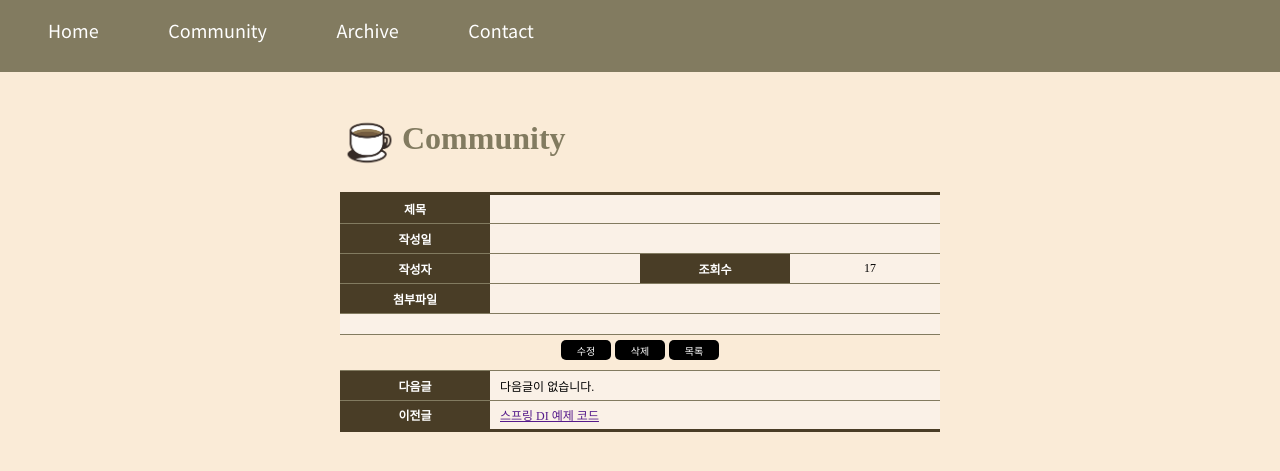
Repository: lym3074/Yongmin-s-Community
Page: http://localhost/YM_Community/WEB-INF/views/board/detail.jsp
An editor plug-in stored every save of this project. The page is shown before and after the next save, followed by the edit.
The browser window is 1280 px wide. The pictures show the whole page.
The page is served by Tomcat 9. Nobody is signed in. Other server files are loaded and not shown. The template is opened directly, without the code that normally fills it, so the values that code supplies are empty.

Above is the page before, as saved 2021-01-04 02:32:28.

### YM_Community/src/main/webapp/WEB-INF/views/board/detail.jsp
<%@ page language="java" contentType="text/html; charset=UTF-8"
    pageEncoding="UTF-8"%>
<%@ taglib prefix="c" uri="http://java.sun.com/jsp/jstl/core" %>
<%@ taglib prefix="fmt" uri="http://java.sun.com/jsp/jstl/fmt" %>
<!DOCTYPE html>
<html>
    <head>
        <meta charset="UTF-8">
    <title>Hello YongminLand</title>
    <link rel="stylesheet" href="/resources/css/detail.css">
    <script src="https://code.jquery.com/jquery-3.5.1.min.js"></script>
    </head>

	<script>
    		$(document).ready(function(){
				var formObj = $("form[role='form']"); // 같은 폼의 메소드가 여러 개일 때 지정

				$("#btn-list").on("click",function() {
					location.href = "/board/list?page=${Scriteria.page}"
									+ "&perPageNum=${Scriteria.perPageNum}"
									+ "&searchType=${Scriteria.searchType}&keyword=${Scriteria.keyword}";
				})

				$("#btn-update").on("click",function() {
					formObj.attr("action", "/board/update");
					formObj.attr("method","get");
					formObj.submit();
				})

				$("#btn-delete").on("click", function() {
					if(confirm("삭제하시겠습니까?")) {
						formObj.attr("action", "/board/delete");
						formObj.attr("method","post");
						formObj.submit();
						}
				})

				$("#btn-mypage").on("click",function() {
					location.href="/member/myPage";
				})

				$("#btn-out").on("click",function() {
					if(confirm("로그아웃하시겠습니까?")) {
						location.href="/member/logout";
						}
					})
    		})
	</script>

    <body>
        <header id="header">
            <nav class="gnb-menu">
                <a href="/member/home">Home</a>
                <a href="list">Community</a>
                <a href="">Archive</a>
                <a href="">Contact</a>
            </nav>
            <c:if test="${member!=null}">
		        <div class="right-side">
		        	<label>${member.userName}님 환영합니다!</label>
		            <button id="btn-mypage" type="button">My Page</button>
		            <button id="btn-out" type="button">LogOut</button>
		        </div>
	        </c:if>
        </header>

        <main>
            <div class="list-title">
                <img src="/resources/images/coffee.png">
                <h1>Community</h1>
            </div>
            <div class="detail-table">
            	<form role="form" method="post">
	            	<input type="hidden" id="bno" name="bno" value="${read.bno}">
	                <input type="hidden" id="page" name="page" value="${Scriteria.page}">
	                <input type="hidden" id="perPageNum" name="perPageNum" value="${Scriteria.perPageNum}">
	                <input type="hidden" id="searchType" name="searchType" value="${Scriteria.searchType}">
	                <input type="hidden" id="keyword" name="keyword" value="${Scriteria.keyword}">
	            </form>
	                <table class="table">
	                    <tbody>
	                        <tr>
	                            <th>제목</th>
	                            <td class="text-align-left text-indent text-strong text-orange" colspan="3"><c:out value="${read.title}"/></td>
	                        </tr>
	                        <tr>
	                            <th>작성일</th>
	                            <td class="text-align-left text-indent" colspan="3"><fmt:formatDate value="${read.regdate}" pattern="yyyy-MM-dd HH:mm:ss" /></td>
	                        </tr>
	                        <tr>
	                            <th>작성자</th>
	                            <td class="align-center"><c:out value="${read.writer}"/></td>
	                            <th>조회수</th>
	                            <td class="align-center">17</td>
	                        </tr>
	                        <tr>
	                            <th>첨부파일</th>
	                            <td colspan="3" class="align-center"></td>
	                        </tr>
	                        <tr class="content">
	                            <td colspan="4"><c:out value="${read.content}" /></td>
	                        </tr>
	                    </tbody>
	                </table>
            </div>

            <div class="list-bottom-side">
            <c:if test="${member.userId==read.writer}">
	            <button type="submit" id="btn-update" >수정</button>
	            <button type="submit" id="btn-delete" >삭제</button>
	        </c:if>
                <button type="submit" id="btn-list" >목록</button>
            </div>

            <div class="prev-next">
                <table class="pn-table">
                    <tbody>
                        <tr>
                            <th>다음글</th>
                            <td colspan="3">다음글이 없습니다.</td>
                        </tr>

                        <tr>
                            <th>이전글</th>
                            <td colspan="3"><a class="text-blue text-strong" href="">스프링 DI 예제 코드</a></td>
                        </tr>
                    </tbody>
                </table>
            </div>
        </main>
    </body>
</html>

### YM_Community/src/main/webapp/resources/css/detail.css
@charset "UTF-8";

@import url('https://fonts.googleapis.com/css2?family=Noto+Sans+KR&display=swap');
@import url('/resources/css/header.css');

body {
    background-color: antiquewhite;
}

main {
    display: flex;
    justify-content: center;
    align-items: center;
    flex-direction: column;
    padding-top: 100px;
}

/*--------------- 게시글 정보 테이블 ----------------*/
main .table {
    display: table;
    table-layout: auto;
    width: 600px;
    text-align: center;
    border-top: 3px solid #493D26;
    font-size: 12px;
    border-collapse: collapse;
}

main .list-title {
    width: 600px;
    display: flex;
    padding-bottom: 5px;
}
main .list-title h1 {
    color: #827B60;
    margin-top: 20px;
    margin-bottom: 30px;
    cursor: default;
 }

main .list-title img {
    height: 70px;
    width: 60px;
    padding-top: 10px;
    margin-right: 2px;
 }


 main .detail-table {
    width: 600px;
    background-color: rgb(250, 241, 231);
    border-collapse: collapse;
}



.detail-table th {
    background-color: #493D26;
    color: white;
    border-right: none;
    height: 30px;
    width: 150px;
}

.detail-table tr {
    border-bottom: 1px solid   #827B60;
}

.detail-table .align-center {
    text-align: center;
    width: 150px;
}

.detail-table td {
    text-align: left;
    padding-left: 10px;
}

.detail-table .content td {
    padding-left: 15px;
    padding-top: 10px;
    padding-bottom: 10px;
}

.list-bottom-side {
    margin-top: 5px;
}

.list-bottom-side button {

    width: 50px;
    height: 20px;
    background: black;
    color: #fff;
    font-size: 10px;
    border: none;
    border-radius: 5px;
    cursor: pointer;
}



.pn-table {
    margin-top: 10px;
    width: 600px;
    border-top: 1px solid #827B60;
    border-bottom: 3px solid #493D26;
    background-color: rgb(250, 241, 231);
    font-size: 12px;
    border-collapse: collapse;
}

.pn-table th {
    background-color: #493D26;
    color: white;
    border-right: none;
    height: 30px;
    width: 150px;
}

.pn-table tr {
    border-bottom: 1px solid #827B60;
}

.pn-table td {
    padding-left: 10px;
}

.align-center {
    text-align: center;
}

### YM_Community/src/main/webapp/resources/css/header.css
@import url('https://fonts.googleapis.com/css2?family=Noto+Sans+KR&display=swap');

* {margin: 0; padding: 0; box-sizing: border-box;}

::selection {
    background-color: #827B60;
    color: white;
}

#header {
    font-family: "Noto Sans KR", sans-serif;
    background: #827B60;
    height: 10vh;
    display: flex;
    justify-content: space-between;
    position: fixed;
    width: 100%;
    min-width: 900px;
}


.gnb-menu { /* 네비게이션 바 */
    background: #827B60;
    align-items: top;
    line-height: 60px;
    float: left;
}


.gnb-menu a {
    background: #827B60;
    font-size: 18px;
    color: #fff;
    text-decoration: none;
    position: relative;
    margin-left: 30px;
    margin-top: 12px;
    padding: 6px 18px;
}

.gnb-menu a::after {
    content: "";
    position: absolute;
    bottom: 0;
    left: 50%;
    transform: translateX(-50%);
    width: 0%;
    height: 4px;
    background: #fff;
    transition: all .4s ease-out;
}

.gnb-menu a:hover::after {
    width: 100%;
}

/* ------------ after login section ----------*/

.right-side {
    background: #827B60;
    padding-right: 50px;
    padding-top: 18px;
    padding-left: 12px;
    flex-direction: row;

}

.right-side label {
    padding-right: 10px;
    color: white;
    font-size: 12.5px;
    border: none;
    background-color: #827B60;
}

#btn-mypage,
#btn-out {
    width: 50px;
    height: 20px;
    background: #493D26;
    color: #fff;
    font-size: 10px;
    border: none;
    border-radius: 5px;
    cursor: pointer;
}

After the next save:
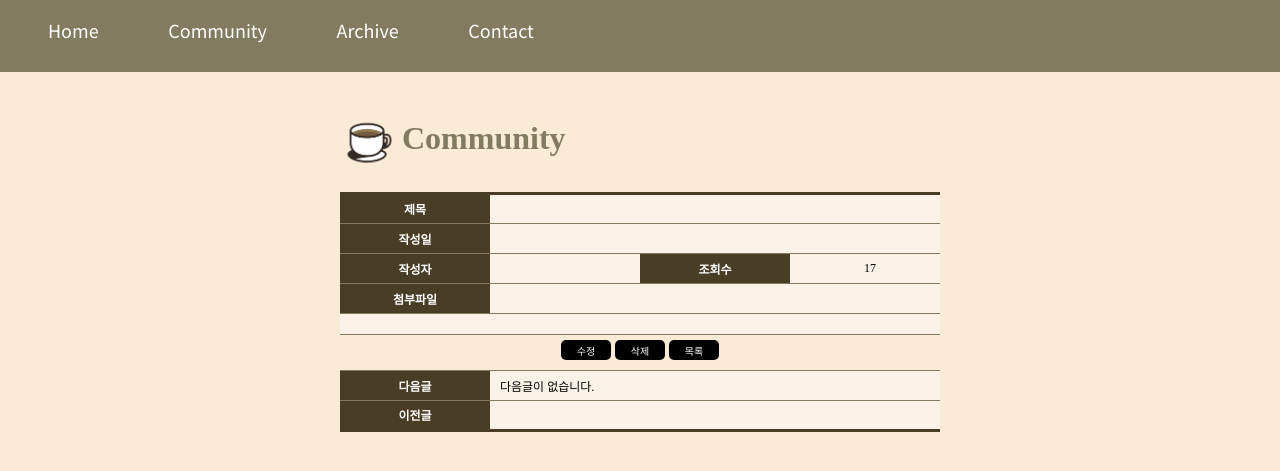
Saved 24 s later.
--- a/YM_Community/src/main/webapp/WEB-INF/views/board/detail.jsp
+++ b/YM_Community/src/main/webapp/WEB-INF/views/board/detail.jsp
@@ -122,7 +122,7 @@
 
                         <tr>
                             <th>이전글</th>
-                            <td colspan="3"><a class="text-blue text-strong" href="">스프링 DI 예제 코드</a></td>
+                            <td colspan="3"><a href=""></a></td>
                         </tr>
                     </tbody>
                 </table>
